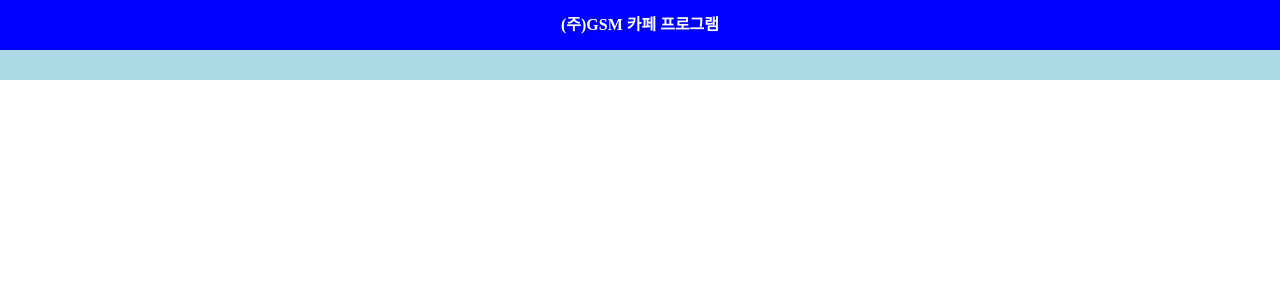
Repository: jiye-stingray/JSP
Page: http://localhost/Cafe/index.jsp
The author's editor kept a copy of each file at every save. The page is drawn from the files as they stood at one save, then again after the next save.
The browser window is 1280 px wide. The pictures show the whole page.
The page is served by Tomcat 9.

Above is the page before, as saved 2022-09-22 10:51:58.

After the next save:
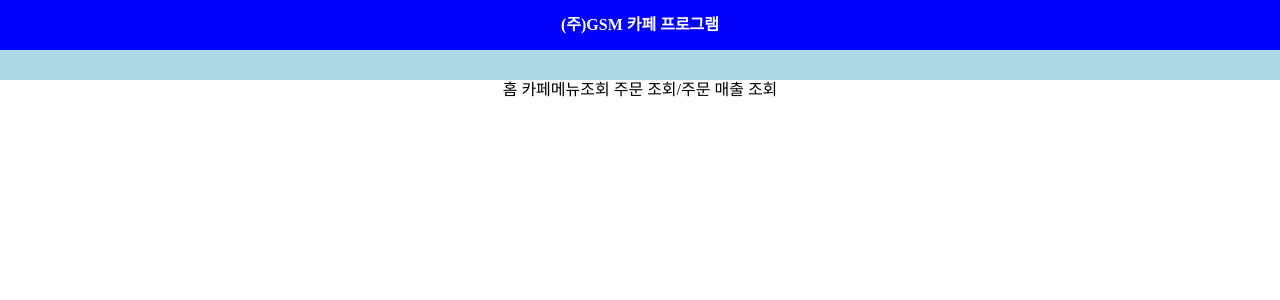
Saved 36 s later.
--- a/WithMIRA/Cafe/src/main/webapp/index.jsp
+++ b/WithMIRA/Cafe/src/main/webapp/index.jsp
@@ -12,7 +12,12 @@
 <b> (주)GSM 카페 프로그램 </b>
 </header>
 
-<nav style = "position: fixed; top: 50px; left:0; height: 30px; width: 100%; text-align: center; line-height: 80px; background-color: lightblue;">
+<nav style = "position: fixed; top: 50px; left:0; height: 30px; width: 100%; text-align: center; line-height: 80px; background-color: lightblue;
+">
+홈
+카페메뉴조회
+주문 조회/주문
+매출 조회
 
 </nav>
 
